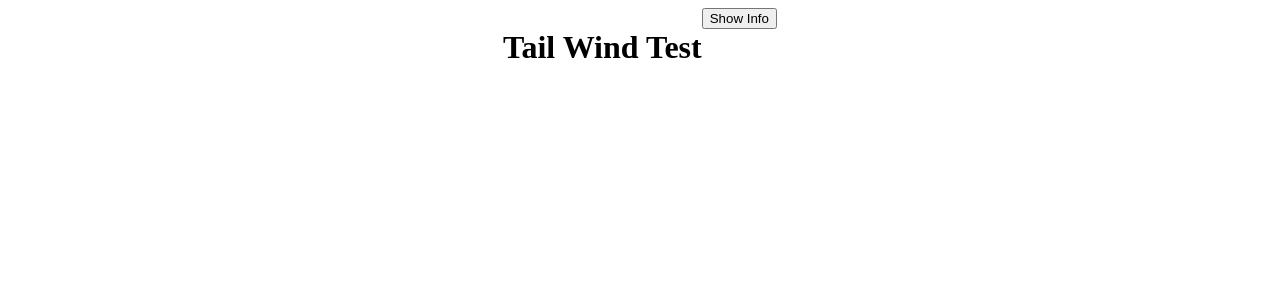
Repository: pawelpiwowarski/arweave-nft
Page: /
An editor plug-in stored every save of this project. The page is shown before and after the next save, followed by the edit.
The browser window is 1280 px wide. The pictures show the whole page.
The project was rebuilt for these pictures with package versions that can differ from the ones it lists, and the page was loaded fresh each time. The framework's server and built-in components were replaced by stand-ins that run in the browser.

Above is the page before, as saved 2023-01-17 14:53:19.

After the next save:
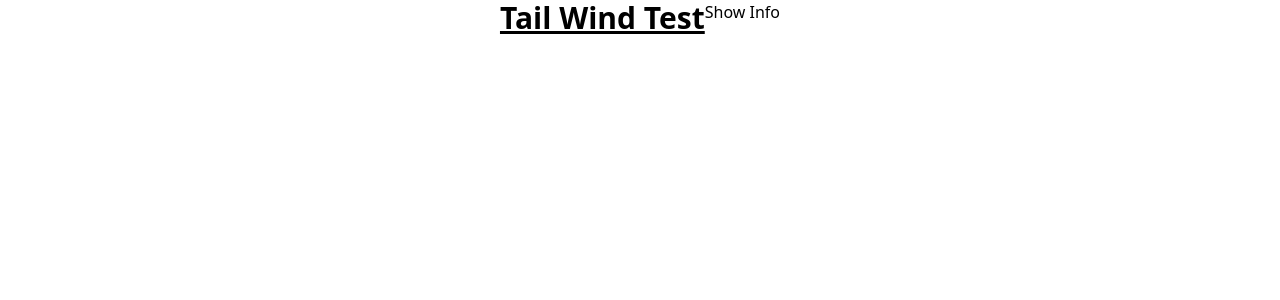
Saved 5 min 2 s later.
--- a/pages/index.tsx
+++ b/pages/index.tsx
@@ -1,6 +1,8 @@
 import { useState } from "react";
 import getContract from '../configureWarpClient'
 import { useRouter } from "next/router";
+
+import '../styles/globals.css'
 function HomePage() {
  const [address, setAddress] = useState<string | null>(null);
 const [img, setImg] = useState<string | null>(null);
